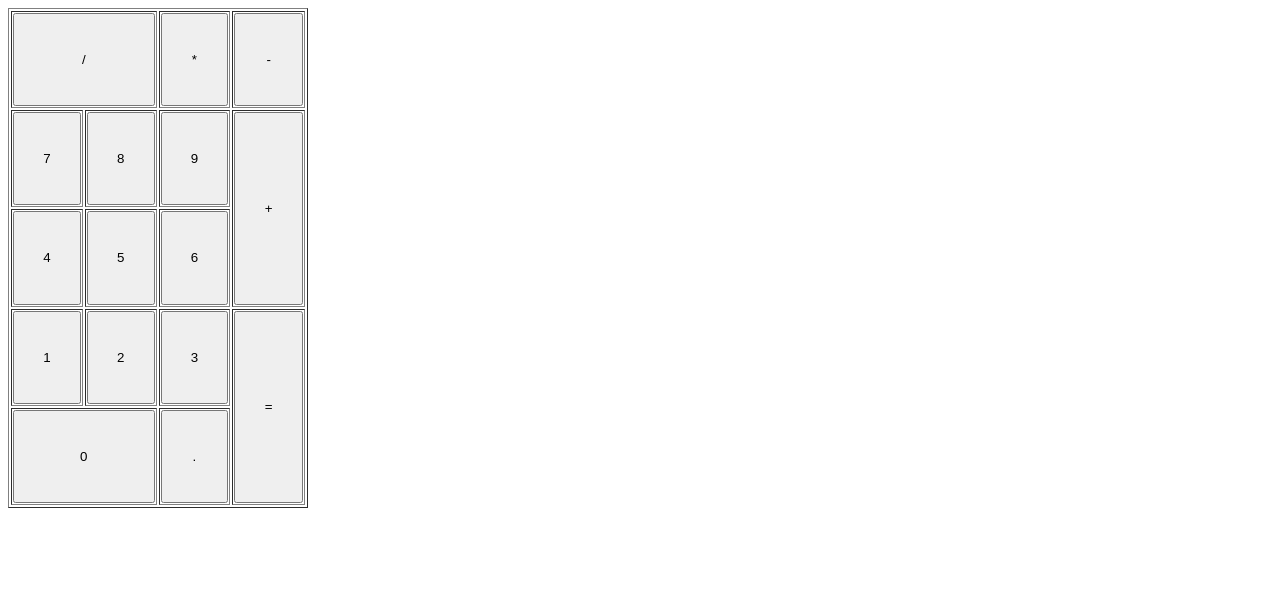
Repository: BaekJiGyeong/JSP
Page: http://localhost/AB_WebCalc/
An editor plug-in stored every save of this project. The page is shown before and after the next save, followed by the edit.
The browser window is 1280 px wide. The pictures show the whole page.
The page is served by Tomcat 9.

Above is the page before, as saved 2016-02-02 02:18:23.

After the next save:
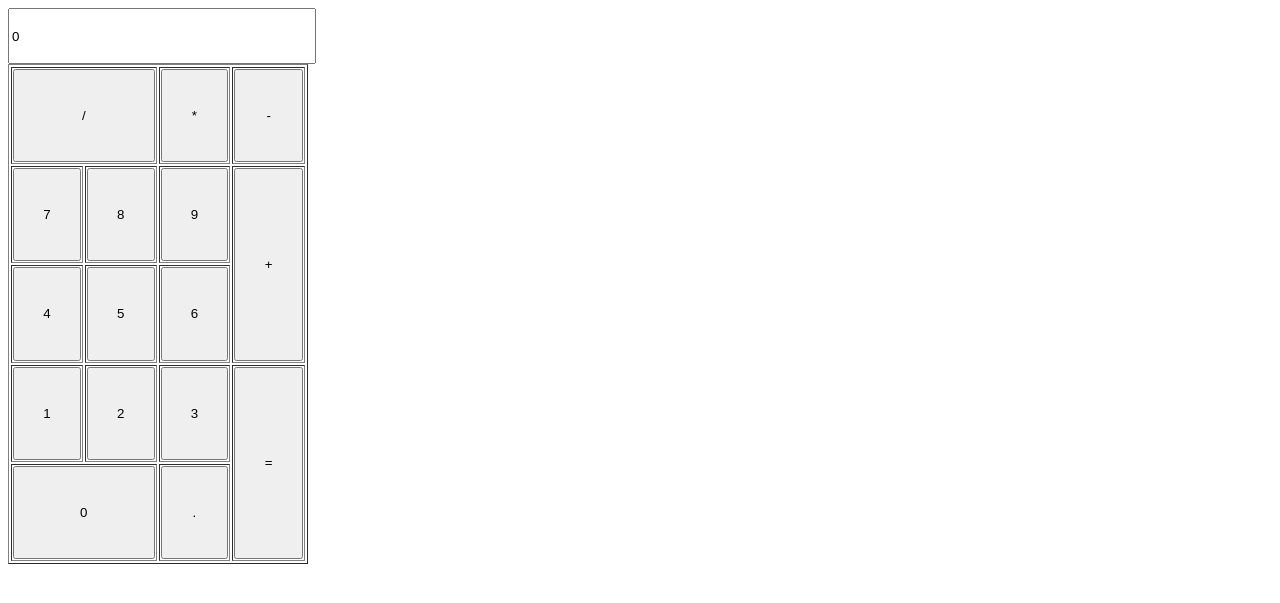
Saved 2 min 18 s later.
--- a/AB_WebCalc/WebContent/index.jsp
+++ b/AB_WebCalc/WebContent/index.jsp
@@ -7,6 +7,7 @@
 <title>Insert title here</title>
 </head>
 <body>
+<input type="text" id="display" value="0" style ="width:300px; height: 50px;"/>
 	<table border ="1" width="300" height="500">
 		<tr>
 			<td colspan="2"><input type="button" id="division" value="/" style="width:100%; height:100%;"/></td>
